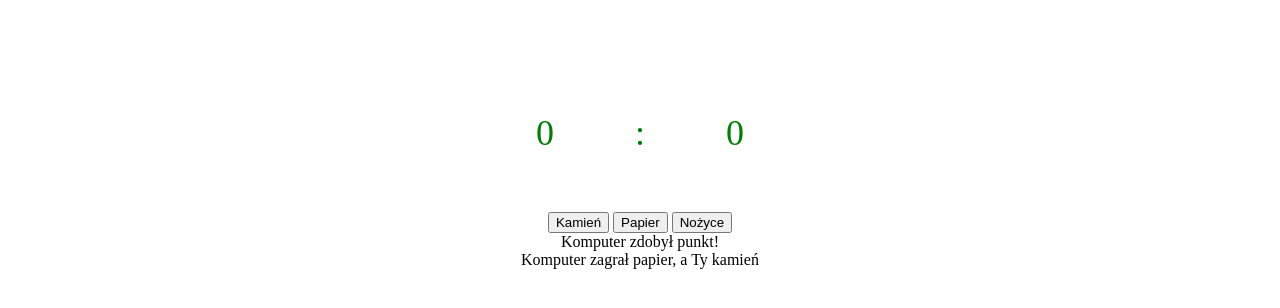
Repository: ulasup/javascript-prework
Page: index.html
These files come from the project's save history. The page is drawn as it stood at one moment and after the next save; the edit follows.
The browser window is 1280 px wide. The pictures show the whole page.
After loading, the first visible `#button-rock` was clicked once.
Some web libraries are served in a nearby version. The style sheet was rebuilt from its Sass, Less or Tailwind sources for each picture, by a compiler version that may differ from the author's.

Above is the page before, as saved 2020-12-12 17:27:10.

### index.html
<!DOCTYPE html>
<html lang="en">
<head>
	<meta charset="UTF-8">
	<title>Kamień, papier, nożyce</title>
	<link rel="stylesheet" href="https://cdnjs.cloudflare.com/ajax/libs/font-awesome/5.9.0/css/all.min.css">
    <link rel="stylesheet" href="vendor/bootstrap-grid.css">
	<link rel="stylesheet" href="css/style.css">
</head>
<body>
	<div class="container">
		<div class="header"></div>
		<div class=row>
			<div class="player col-1">0</div>
			<div class="score col-1">:</div>
			<div class="computer col-1">0</div>
		</div>
		<div id="buttons">
			<button id="button-rock" type="button">Kamień</button>
			<button id="button-paper" type="button">Papier</button>
			<button id="button-scissors" type="button">Nożyce</button>
		</div>
		<div id="messages"></div>
	</div>
	<script src="js/functions.js"></script>
	<script src="js/script.js"></script>
</body>
</html>

### js/script.js
let buttonRock, buttonPaper, buttonScissors,
playerScore=0,
computerScore=0;

buttonRock = document.getElementById('button-rock');
buttonPaper = document.getElementById('button-paper');
buttonScissors = document.getElementById('button-scissors');

function buttonClicked(argButtonName) {
  clearMessages();

  let computerMove, playerMove, randomNumber;

  function getMoveName(argMoveId) {
    if (argMoveId == 1) {
      return 'kamień';
    } else if (argMoveId == 2) {
      return 'papier';
    } else if (argMoveId == 3) {
      return 'nożyce';
    } else {
      printMessage('Nie znam ruchu o id ' + argMoveId + '. Zakładam, że chodziło o "kamień".');
      return 'kamień';
    }
  }

  function displayResult(argPlayerMove, argComputerMove) {
    if (argPlayerMove == 'papier' && argComputerMove == 'kamień') {
      playerScore++;
      document.getElementById('player').innerHTML = playerScore;
      printMessage('Brawo! Zdobywasz punkt!');
    }
    else if (argPlayerMove == 'kamień' && argComputerMove == 'nożyce') {
      playerScore++;
      printMessage('Brawo! Zdobywasz punkt!');
    }
    else if (argPlayerMove == 'nożyce' && argComputerMove == 'papier') {
      playerScore++;
      printMessage('Brawo! Zdobywasz punkt!');
    }
    else if (argPlayerMove == argComputerMove) {
      printMessage('Remis!');
    }
    else {
      computerScore++;
      printMessage('Komputer zdobył punkt!');
    }
    printMessage('Komputer zagrał ' + argComputerMove + ', a Ty ' + argPlayerMove);
  }

  playerMove = argButtonName;
  randomNumber = Math.floor(Math.random() * 3 + 1);
  computerMove = getMoveName(randomNumber);

  if (playerScore == 3) {
    printMessage('Koniec gry! Wygrałeś');
  }
  else if (computerScore == 3) {
    printMessage('Koniec gry! Przegrałeś :(');
  }
  else displayResult(playerMove, computerMove);
}

buttonRock.addEventListener('click', function(){ buttonClicked('kamień'); });
buttonPaper.addEventListener('click', function(){ buttonClicked('papier'); });
buttonScissors.addEventListener('click', function(){ buttonClicked('nożyce'); });

### sass/style.scss
body {
    margin: 12px auto;
    text-align: center;
}
.header {
    min-height: 100px;
}
.row {
    justify-content: center;
}
.player, .computer, .score {
    min-height: 100px;
    color: green;
    font-size: 36px;
    align-items: center;
}

Loaded but not shown: vendor/bootstrap-grid.css (library); js/functions.js (common file)

After the next save:
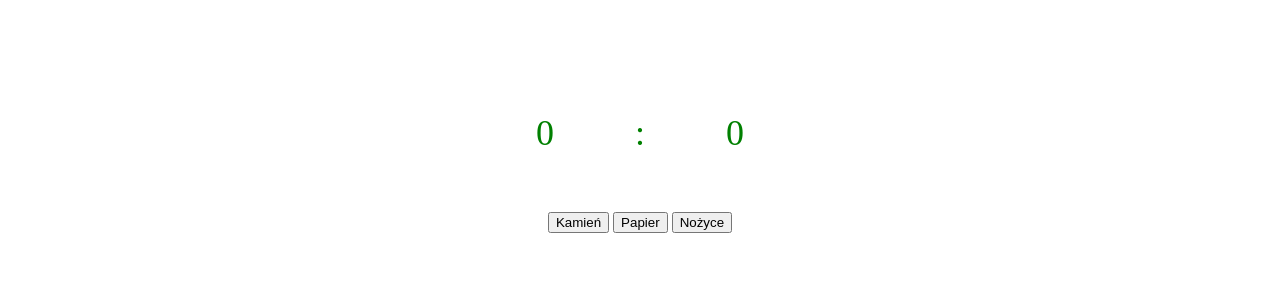
Console error: TypeError: Cannot set properties of null (setting 'innerHTML')
Saved 32 s later.
--- a/js/script.js
+++ b/js/script.js
@@ -32,10 +32,12 @@ function buttonClicked(argButtonName) {
     }
     else if (argPlayerMove == 'kamień' && argComputerMove == 'nożyce') {
       playerScore++;
+      document.getElementById('player').innerHTML = playerScore;
       printMessage('Brawo! Zdobywasz punkt!');
     }
     else if (argPlayerMove == 'nożyce' && argComputerMove == 'papier') {
       playerScore++;
+      document.getElementById('player').innerHTML = playerScore;
       printMessage('Brawo! Zdobywasz punkt!');
     }
     else if (argPlayerMove == argComputerMove) {
@@ -43,6 +45,7 @@ function buttonClicked(argButtonName) {
     }
     else {
       computerScore++;
+      document.getElementById('computer').innerHTML = computerScore;
       printMessage('Komputer zdobył punkt!');
     }
     printMessage('Komputer zagrał ' + argComputerMove + ', a Ty ' + argPlayerMove);
